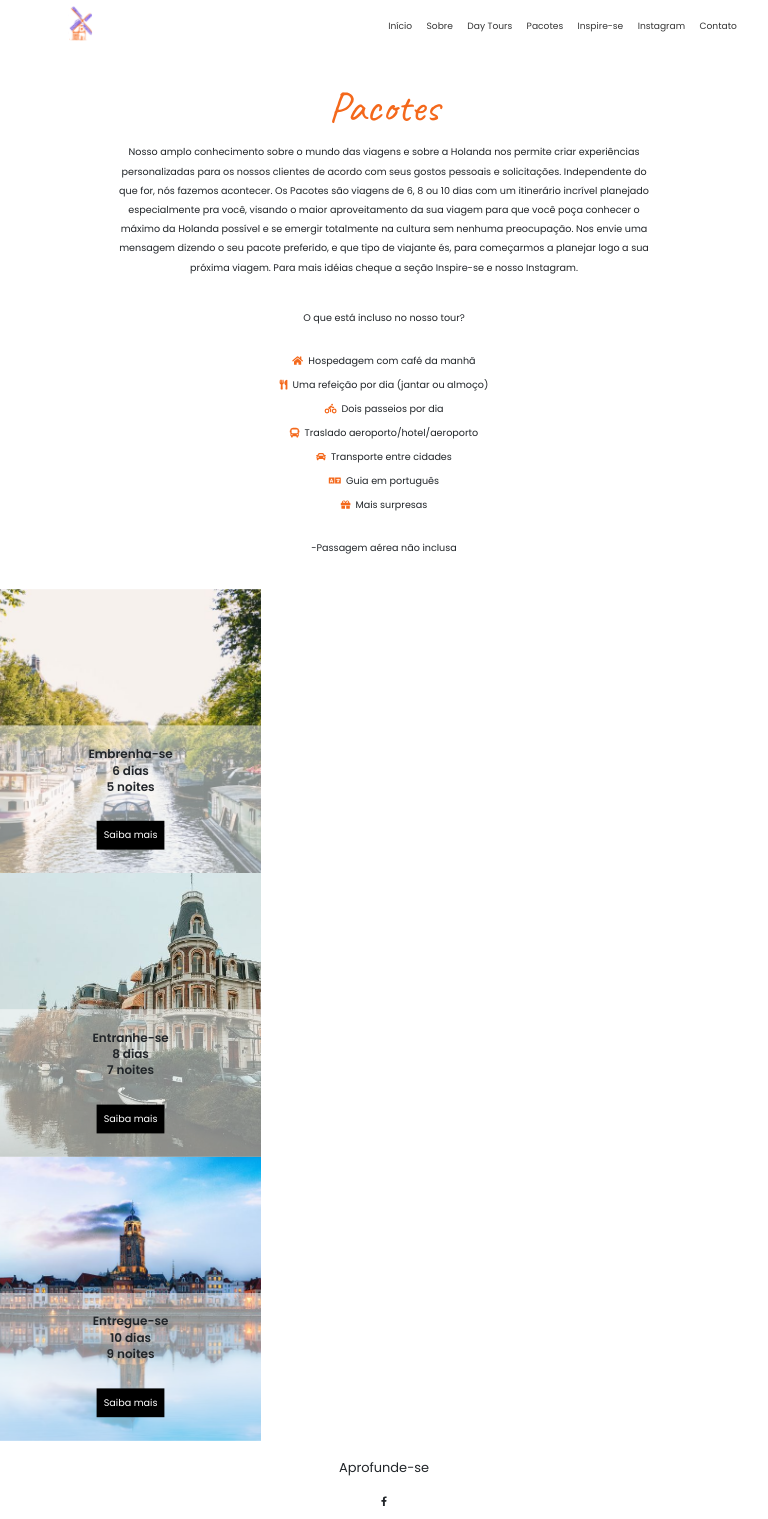
Repository: yurirech/aprofunde-se
Page: /packages
The author's editor kept a copy of each file at every save. The page is drawn from the files as they stood at one save, then again after the next save.
The browser window is 1280 px wide. The pictures show the whole page, at 60% of full size.
Some web libraries are served in a nearby version. The project was rebuilt for these pictures with package versions that can differ from the ones it lists, and the page was loaded fresh each time. Also part of the build but not shown: src/pages/Home/home-header/home-header.styles.js, src/pages/Home/home-header/home-header.component.jsx, src/pages/Home/home.data.js, src/pages/Home/home.styles.js, src/components/SharedComponents/CarouselWithArrows/CarouselWithArrowsStyled.js, src/components/SharedComponents/CarouselWithArrows/CarouselWithArrows.jsx, src/pages/Home/tour-card/tour-card.styles.js, src/pages/Home/tour-card/tour-card.component.jsx and 21 more.

Above is the page before, as saved 2020-06-17 17:34:48.

### public/index.html
<!DOCTYPE html>
<html lang="en">
  <head>
    <meta charset="utf-8" />
    <link rel="icon" href="%PUBLIC_URL%/favicon.ico" />
    <meta name="viewport" content="width=device-width, initial-scale=1" />
    <meta name="theme-color" content="#000000" />
    <meta
      name="description"
      content="Web site created using create-react-app"
    />
    <link href="https://fonts.googleapis.com/css2?family=Caveat:wght@400;700&display=swap" rel="stylesheet">
    <link href="https://fonts.googleapis.com/css?family=Poppins:300i,400,400i,600,700&display=swap" rel="stylesheet">
    <link rel="apple-touch-icon" href="logo192.png" />
    <script src="https://kit.fontawesome.com/cf99a46895.js" crossorigin="anonymous"></script>
    <!--
      manifest.json provides metadata used when your web app is installed on a
      user's mobile device or desktop. See https://developers.google.com/web/fundamentals/web-app-manifest/
    -->
    <!--
      Notice the use of %PUBLIC_URL% in the tags above.
      It will be replaced with the URL of the `public` folder during the build.
      Only files inside the `public` folder can be referenced from the HTML.

      Unlike "/favicon.ico" or "favicon.ico", "%PUBLIC_URL%/favicon.ico" will
      work correctly both with client-side routing and a non-root public URL.
      Learn how to configure a non-root public URL by running `npm run build`.
    -->
    <title>Aprofunde-se</title>
  </head>
  <body>
    <noscript>You need to enable JavaScript to run this app.</noscript>
    <div id="root"></div>
    <!--
      This HTML file is a template.
      If you open it directly in the browser, you will see an empty page.

      You can add webfonts, meta tags, or analytics to this file.
      The build step will place the bundled scripts into the <body> tag.

      To begin the development, run `npm start` or `yarn start`.
      To create a production bundle, use `npm run build` or `yarn build`.
    -->
  </body>
</html>

### src/index.js
import React from 'react';
import ReactDOM from 'react-dom';
import {  BrowserRouter as Router } from 'react-router-dom'
import './index.css';
import App from './App';
import 'bootstrap/dist/css/bootstrap.min.css';

ReactDOM.render(<Router>
                 <App />
                </Router>, document.getElementById('root'));

### src/index.css


body {
  margin: 0;
  font-family: -apple-system, BlinkMacSystemFont, "Segoe UI", "Roboto", "Oxygen",
    "Ubuntu", "Cantarell", "Fira Sans", "Droid Sans", "Helvetica Neue",
    sans-serif;
  -webkit-font-smoothing: antialiased;
  -moz-osx-font-smoothing: grayscale;
}

code {
  font-family: source-code-pro, Menlo, Monaco, Consolas, "Courier New",
    monospace;

 }

### src/App.jsx
import React, {Component} from 'react';
import { Switch, Route } from "react-router-dom";
import './App.scss';
import Home from "./pages/Home/home.component";
import { GlobalStyle } from "./_styles";
import {library} from "@fortawesome/fontawesome-svg-core";
import { fab } from '@fortawesome/free-brands-svg-icons';
import {
  faPlane,
  faMapMarkedAlt,
  faHome,
  faUtensils,
  faBiking,
  faBus,
  faCar,
  faLanguage,
  faGift
} from '@fortawesome/free-solid-svg-icons';
import Footer from "./components/SharedComponents/Footer/Footer";
import MainNavBar from "./components/SharedComponents/main-navbar/main-navbar.component";
import About from "./pages/about/about.component";
import Packages from "./pages/packages/packages.component";
import DayTours from './pages/day-tours/day-tours.component';

library.add(fab, faPlane, faMapMarkedAlt, faHome, faUtensils, faBiking, faBus, faCar, faLanguage, faGift);


class App extends Component {
  render() {

    return (
        <div className="App">
          <GlobalStyle />
          <MainNavBar />
          <Switch>
          <Route exact path='/' component={Home} />
          <Route path='/about' component={About} />
          <Route path='/packages' component={Packages} />
          <Route path='/day-tours' component={DayTours} />
          </Switch>
          <Footer onRouteChange={this.onRouteChange} />
        </div>
    );
  }
}

export default App;

### src/App.scss
.App {
  text-align: center;
  font-family: "Poppins", serif;
  //font-size: calc(14px + (26 - 14) * ((100vw - 300px) / (1600 - 300)));
  --font-logo: 'Caveat', serif;
  --aprofunde-se-black: #05030C;
  --aprofunde-se-green: #09814A;
  --aprofunde-se-pale-green: #495F41;
  --aprofunde-se-dark-green: #2A4D14;
  --aprofunde-se-orange: #D0871E;
  --aprofunde-se-orange-logo: #FF581A;
  --aprofunde-se-grey: #fff4ed;
  --aprofunde-se-black-text: #000000cc;

  //* {
  //  background: #000 !important;
  //  color: #0f0 !important;
  //  outline: solid #f00 1px !important;
  //}
  .flex {
    display: flex;
  }

  a {
    color: unset;
    text-decoration: unset;
    &:hover {
      color: unset;
      text-decoration: unset;
    }
  }

  .flex-center {
    display: flex;
    justify-content: center;
    align-items: center;
  }

  .flex-col {
    flex-direction: column;
  }

  .br-1rem {
    border-radius: 1rem;
  }
}

### src/_styles.js
import styled, { createGlobalStyle } from 'styled-components';
import {paddings, fonts, device} from './_variables';

export const GlobalStyle = createGlobalStyle`
     ${'' /* * {
    background: #000 !important;
    color: #0f0 !important;
    outline: solid #f00 1px !important;
  } */}

  h1 {
    font-family: ${fonts.caveat};
  }
`;

export const FlexContainer = styled.div`
  background-color: ${({color}) => color || null };
  display: flex;
  flex-direction: ${({column}) => column ? 'column' : null};
  flex-wrap: ${({wrap}) => wrap || null};
  justify-content: ${({justify}) => justify || null};
  align-items: ${({align}) => align || null };
  margin : ${({margin}) => margin || `4rem ${paddings.paddingWeb}` };

  @media ${device.tablet} {
    flex-direction: ${({columnMd}) => columnMd ? 'column' : null};
    align-items: ${({alignMd}) => alignMd || null };
  }
`;

export const Image = styled.div`
     background-image: ${props => `url(${props.bg})`};
     background-position: center;
     background-size: cover;
     background-repeat: no-repeat;
     height: ${({height}) => height || '100%'};
     width: ${({width}) => width || '100%'};
`;

### src/components/SharedComponents/Footer/Footer.jsx
import React, {Component} from 'react';
import {FontAwesomeIcon} from "@fortawesome/react-fontawesome";
import {HomeFooter} from "./FooterStyled";

class Footer extends Component {
  render() {

    return (
      <HomeFooter>
        <h3 onClick={() => this.props.onRouteChange('worked!')}>Aprofunde-se</h3>
        <FontAwesomeIcon icon={['fab', 'facebook-f']} />
      </HomeFooter>
    );
  }
}

export default Footer;

### src/components/SharedComponents/main-navbar/main-navbar.component.jsx
import React from 'react';
import {Header} from "./main-navbar.styles";
import {withRouter, Link} from 'react-router-dom'
import {Nav, Navbar} from "react-bootstrap";
import {ReactComponent as AprofundeSeLogo} from '../../../assets/icon/aprofunde-se-logo-navbar.svg';

const MainNavBar = ({location}) => {
    return (
      <Header headerAbsolute={location.pathname === '/' ? 'absolute' : null} >
        <Navbar>
          <div className='nav-header'>
            <Navbar.Toggle aria-controls="basic-navbar-nav" />
            <Link to='/'>
              <Navbar.Brand className='brand'>
                <AprofundeSeLogo />
              </Navbar.Brand>
            </Link>
          </div>
          <Navbar.Collapse id="basic-navbar-nav">
          <Nav className="ml-auto">
            <Link to='/'>Início</Link>
            <Link to='/about'>Sobre</Link>
            <div className='dropdown'>
              <Link to='/day-tours'>Day Tours</Link>
              <div className='dropdown-items'>
                <Link to='/'>1</Link>
                <Link to='/'>2</Link>
                <Link to='/'>3</Link>
              </div>
            </div>
            <div className='dropdown'>
              <Link to='/packages'>Pacotes</Link>
              <div className='dropdown-items'>
                <Link to='/packages/embrenhe-se'>Embrenhe-se</Link>
                <Link to='/packages/entranhe-se'>Entranhe-se</Link>
                <Link to='/packages/entregue-se'>Entregue-se</Link>
              </div>
            </div>
            <Link to='/'>Inspire-se</Link>
            <Link to='/'>Instagram</Link>
            <Link to='/'>Contato</Link>
          </Nav>
          </Navbar.Collapse>
        </Navbar>
      </Header>
    );
  };


export default withRouter(MainNavBar);

### src/pages/packages/packages.component.jsx
import React, {Component} from 'react';
import { withRouter } from 'react-router-dom';
import CentralizedSection from "../../components/SharedComponents/centrilized-section/centrilized-section.component";
import {homeTours, ourSevices, packageDetails, itineraryTables, packageCard} from "./packages.data";
import ListWithIcons from "../../components/SharedComponents/list-with-icons/list-with-icons.component";
import {Row} from "react-bootstrap";
import { Content } from './packages.styles';
import Package from '../../components/package/package'
import CustomCardWithBackground from '../../components/custom-card-with-background/custom-card-with-background.component';

class Packages extends Component {

  render() {
    const {location} = this.props;
    let listWithIcons = homeTours.whatIsIncluded.map((content, i) =>
      <ListWithIcons key={i} listItem={content.content} icon={content.icon} />
    );

    if(location.pathname === '/packages') {
      return (
        <Content>
          <div className='title'>
            <CentralizedSection title={'Pacotes'} mainText={homeTours.mainText}/>
          </div>
         <div className='list'>
          <p>{homeTours.subTitle}</p>
           {listWithIcons}
           <p>-Passagem aérea não inclusa</p>
         </div>
          <Row noGutters={true}>
            <CustomCardWithBackground cards={packageCard} />
          </Row>
        </Content>
      );
    } else if(location.pathname === '/packages/embrenhe-se') {
      return <Package packageDetails={packageDetails.embrenhaSe}
                      ourServices={ourSevices.embrenhaSe}
                      itineraryTables={itineraryTables.embrenhaSe} />

    } else if (location.pathname === '/packages/entranhe-se') {
      return <Package packageDetails={packageDetails.entranheSe}
                      ourServices={ourSevices.entranheSe}
                      itineraryTables={itineraryTables.entranheSe} />

    } else {
      return <Package packageDetails={packageDetails.entregueSe}
                      ourServices={ourSevices.entregueSe}
                      itineraryTables={itineraryTables.entregueSe} />

    }
  }
}

export default withRouter(Packages);

### src/components/SharedComponents/centrilized-section/centrilized-section.component.jsx
import React from 'react';
import { Content } from "./centrilized-section.styles";

const CentralizedSection = ({ children, textColor, title, mainText}) =>
     (
      <Content textColor={textColor}>
        <h1>{title}</h1>
        {children}
        { mainText ? <p>{mainText}</p> : null }
      </Content>
    );

export default CentralizedSection;

### src/components/SharedComponents/button/button.component.jsx
import React from 'react';
import { CustomButton } from './button.styles';


const Button = ({text, bgColor}) => (
<CustomButton bgColor={bgColor}>{text}</CustomButton>
);

export default Button;

### src/_variables.js
const size = {
  mobileS: '320px',
  mobileM: '375px',
  mobileL: '425px',
  tablet: '768px',
  laptop: '1024px',
  laptopL: '1440px',
  desktop: '2560px'
}

export const device = {
  mobileS: `(max-width: ${size.mobileS})`,
  mobileM: `(max-width: ${size.mobileM})`,
  mobileL: `(max-width: ${size.mobileL})`,
  tablet: `(max-width: ${size.tablet})`,
  laptop: `(max-width: ${size.laptop})`,
  laptopL: `(max-width: ${size.laptopL})`,
  desktop: `(max-width: ${size.desktop})`,
  desktopL: `(max-width: ${size.desktop})`
};

export const margins = {
  marginWeb: `0 15%`,
  marginWebLeft: `9%`,
  marginWebRight: `9%`,
  marginWebTopBottom: `9% 0`
}

export const paddings = {
  paddingWeb: `9%`,
}

export const colors = {
  aprofundeSeOrange: `#f4681b`,
  aprofundeSeBlack: `#05030C`,
  aprofundeSeBlackText: `#000000cc`
}

export const fonts = {
  caveat: `'Caveat', serif`,
  poppins: `"Poppins", serif`,
}

### src/components/SharedComponents/Footer/FooterStyled.js
import styled from "styled-components";

export const HomeFooter = styled.div`
  padding: 2rem 0 1rem;

  h3 {
    font-size: 1.35rem;
    margin-bottom: 2rem;
  }

`;

### src/components/SharedComponents/main-navbar/main-navbar.styles.js
import styled from "styled-components";
import { device, colors } from '../../../_variables'

export const Header = styled.div`
  position: ${props => props.headerAbsolute || 'unset' };
  z-index: 99;
  width: 100%;
  padding: 1.25rem 1.5rem;

  .nav-header {
    a {
      position: absolute;
      top: -16px;
      left: 90px;
    }
  }

  .navbar-nav {
    align-items: center;
    a {
      padding: .25rem .75rem;
      color: ${colors.aprofundeSeBlackText};
      font-size: .95rem;
    }
  }

  /* Dropdown menu */
.dropdown {
  position: relative;
  display: inline-block;
  padding: .25rem .75rem;

  a {
    padding: unset;
  }

  &:hover {
    .dropdown-items {
      display: block;
    }
  }
}

.dropdown-items {
  display: none;
  position: absolute;
  background-color: #f1f1f1;
  min-width: 160px;
  box-shadow: 0px 8px 16px 0px rgba(0,0,0,0.2);
  z-index: 1;

  a {
    color: black;
  padding: 12px 16px;
  text-decoration: none;
  display: block;
  }
}
  /* Dropdown menu ends */

 @media ${device.tablet} {
 .nav-header {
  display: flex;
  width: 100%;
  flex-direction: row-reverse;

  a {
      left: 20px;
    }


  .navbar-brand {
   display: block;
   margin-right: auto;
  }
 }

 .navbar-collapse {
    width: 100%;
    text-align: left;
    transition: height 0.25s cubic-bezier(0.6, -0.28, 1, 0.58) 0s;

    .ml-auto {
      margin-left: unset!important;
    }
 }

 .navbar-expand {
    flex-direction: column;
}

  .navbar-expand .navbar-nav {
   flex-direction: column;
}

  .collapse:not(.show) {
      display: none!important;
  }
  .navbar-expand .navbar-toggler {
     display: block;
    }
  }

  @media ${device.mobileL} {
    background-color: #ffffff;
    padding: 0.5rem 0.75rem;

    .nav-header {
        a {
         top: -10px;
      }
    }
  }
`;

### src/components/SharedComponents/list-with-icons/list-with-icons.component.jsx
import React from 'react';
import {FontAwesomeIcon} from "@fortawesome/react-fontawesome";
import {Content} from "./list-with-icons-styles";

const ListWithIcons = ({icon, listItem})  =>
     (
      <Content className='list-with-icons'>
        <ul>
          <li>
            <FontAwesomeIcon icon={icon}/> &nbsp;
            { listItem }
          </li>
        </ul>
      </Content>
    );


export default ListWithIcons;

### src/pages/packages/packages.styles.js
import styled from "styled-components";
import { device } from '../../_variables';

export const Content = styled.div`
  padding-top: 3rem;

  p {
    padding: 0 15%;
  }

  .list {
    margin: 3.5rem;

    p {
      margin: 3rem 0;
    }
    li {
      font-size: 1rem;
    }
  }

  @media ${device.mobileL} {
    p {
    padding: 0 7%;
    }

    .list {
      margin: 3.5rem 7%;
    }
  }
`;

### src/components/custom-card-with-background/custom-card-with-background.component.jsx
import React from 'react';

import {Container, ImageExtended, Overlay} from './custom-card-with-background.styles'
import { FlexContainer } from '../../_styles';
import {v4 as uuid} from 'uuid';

import {Link} from 'react-router-dom';

import Button from '../SharedComponents/button/button.component';

const CustomCardWithBackground = ({cards}) => (
  <Container>
    <FlexContainer margin='0' justify='center' column={true} alignMd='center' columnMd>
      {
        cards.map(card => (
          <ImageExtended bg={card.image} width='34%' key={uuid()}>
            <div>
              <h5>{card.description}</h5>
              <Link to={card.route}>
              <Button bgColor='#000' text={'Saiba mais'} />
              </Link>
            </div>
            <Overlay></Overlay>
          </ImageExtended>
        ))
      }
    </FlexContainer>
  </Container>
);

export default CustomCardWithBackground;

### src/components/SharedComponents/centrilized-section/centrilized-section.styles.js
import styled from "styled-components";
import { fonts, colors } from "../../../_variables";


export const Content = styled.div`

  h1 {
    font-family: ${fonts.caveat};
    font-size: 4.5rem;
    font-weight: lighter;
    color: ${props => props.h1Color ||`${colors.aprofundeSeOrange}`} ;
    margin-bottom: 1rem;
  }

  p {
    color: ${props => props.textColor || null } ;
    line-height: 2rem;
  }
`;

### src/components/SharedComponents/button/button.styles.js
import styled from 'styled-components';
import { colors } from '../../../_variables';

export const CustomButton = styled.button`
  background-color: ${({bgColor}) => bgColor || colors.aprofundeSeOrange};
  border: unset;
  padding: .75rem;
  color: white;
  transition: .3s;

  &:hover {
    opacity: .7;
    transition: ''
  }
`;

### src/components/SharedComponents/list-with-icons/list-with-icons-styles.js
import styled from "styled-components";
import { colors } from '../../../_variables';

export const Content = styled.div`

   ul {
    list-style-type: none;
    padding: 0;

        li {
        font-size: 1.1rem;

        svg {
         color: ${colors.aprofundeSeOrange};
     }
    }
   }
`;

### src/components/custom-card-with-background/custom-card-with-background.styles.js
import styled from 'styled-components';
import { Image } from '../../_styles';
import { device } from '../../_variables';

export const Container = styled.div`
  width: 100%;
`;

export const ImageExtended = styled(Image)`
  position: relative;
  min-width: 200px;
  display: flex;
  flex-direction: column;
  justify-content: flex-end;

   div:first-of-type {
    z-index: 999;
    padding-top: 60%;
    padding-bottom: 9%;

    h5 {
      margin-bottom: 10%;
      font-weight: 600;
      line-height: 27px;
    }
  }

  @media ${device.tablet} {
    width: 50%;
    min-width: 340px;
    margin-bottom: 1rem;
  }
`;

export const Overlay = styled.div`
  height: 52%;
  width: 100%;
  background-color: #fff;
  opacity: .5;
  position: absolute;
  bottom: 0;
  z-index: 1
`;

Loaded but not shown: src/pages/packages/packages.data.js (293 lines, source omitted)

After the next save:
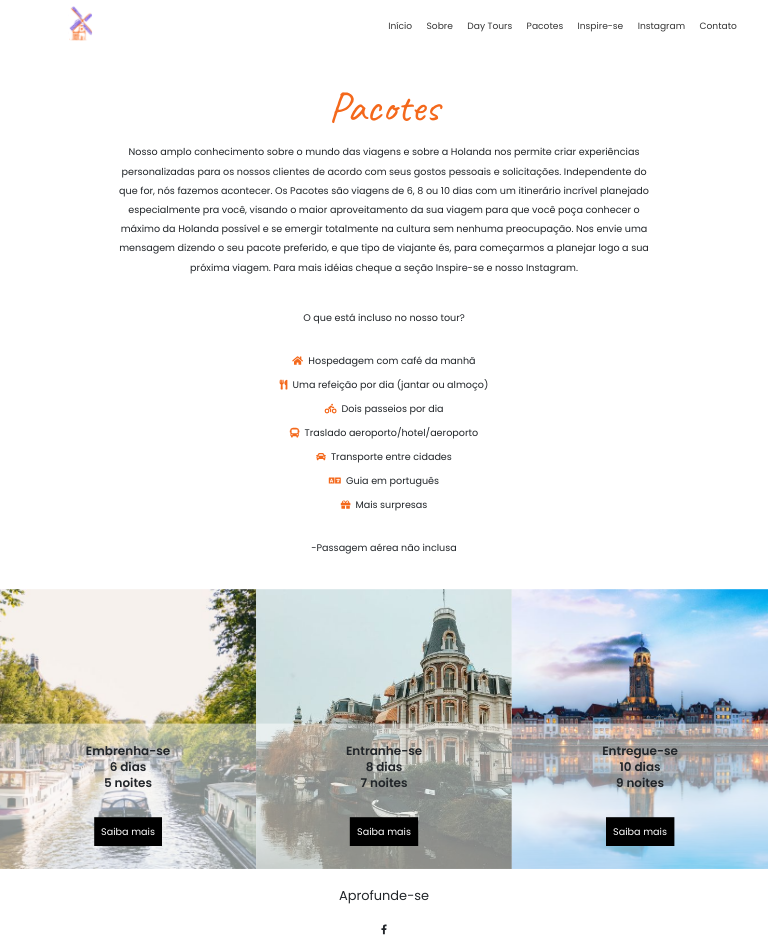
Saved 94 s later.
--- a/src/components/custom-card-with-background/custom-card-with-background.component.jsx
+++ b/src/components/custom-card-with-background/custom-card-with-background.component.jsx
@@ -10,7 +10,7 @@ import Button from '../SharedComponents/button/button.component';
 
 const CustomCardWithBackground = ({cards}) => (
   <Container>
-    <FlexContainer margin='0' justify='center' column={true} alignMd='center' columnMd>
+    <FlexContainer margin='0' justify='center' alignMd='center' columnMd>
       {
         cards.map(card => (
           <ImageExtended bg={card.image} width='34%' key={uuid()}>
